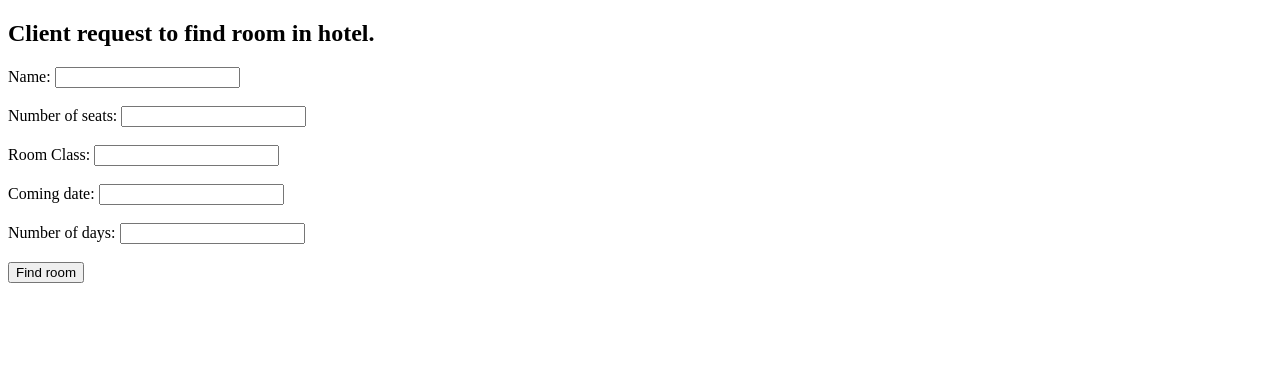
Repository: milosh-alexandr-by/ItAcademyJavaDeveloper
Page: http://localhost/HotelRequestSystem/ClientServlet.jsp
These files come from the project's save history. The page is drawn as it stood at one moment and after the next save; the edit follows.
The browser window is 1280 px wide. The pictures show the whole page.
The page is served by Tomcat 9.

Above is the page before, as saved 2015-12-12 21:44:22.

After the next save:
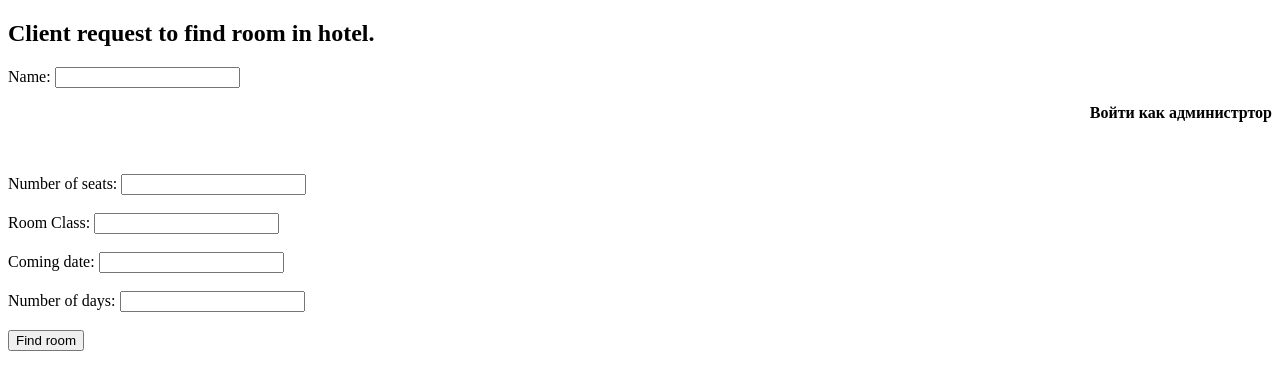
Saved 4 min 4 s later.
--- a/Project_WEB/HotelRequestSystem/WebContent/ClientServlet.jsp
+++ b/Project_WEB/HotelRequestSystem/WebContent/ClientServlet.jsp
@@ -11,7 +11,7 @@
 	<h2>Client request to find room in hotel.</h2>
 
 	<form action="HotelRequestSystem" method="GET">
-		Name: <input type="text" name="Name" /> <br/><br/>
+		Name: <input type="text" name="Name" /> <p align="right"><strong>Войти как администртор</strong></p> <br/><br/>
 		Number of seats: <input type="text" name="NumberOfSeats" /> <br/><br/>
 		Room Class: <input type="text" name="RoomClass" /> <br/><br/>
 		Coming date: <input type="text" name="ComingDate" /> <br/><br/>
